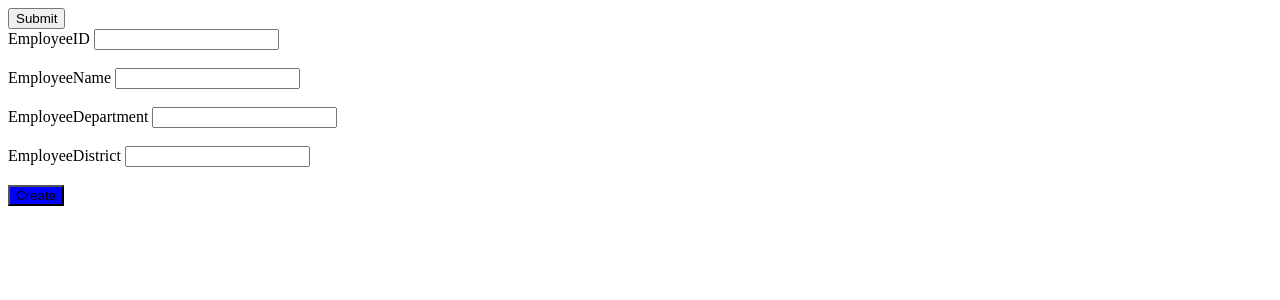
Repository: tamilnila96/Servlet
Page: http://localhost/EmployeeDetails/Employee.jsp
These files come from the project's save history. The page is drawn as it stood at one moment and after the next save; the edit follows.
The browser window is 1280 px wide. The pictures show the whole page.
The page is served by Tomcat 9. Other server files are loaded and not shown.

Above is the page before, as saved 2025-05-12 09:55:00.

### EmployeeDetails/WebContent/Employee.jsp
<%@ page language="java" contentType="text/html; charset=ISO-8859-1"
    pageEncoding="ISO-8859-1"%>
<!DOCTYPE html>
<html>
<head>
<meta charset="ISO-8859-1">
<title>Welcome to EmployeePortal</title>
</head>
<body>
<form action="<%= request.getContextPath() %>/EmployeeSubmission" method="post">
    <!-- form fields -->
    <button type="submit">Submit</button>

<div>
<label>EmployeeID</label>
<input type ="text" id = "EmployeeID" name = "EmployeeID"></br>
</div></br>
<div>
<label>EmployeeName</label>
<input type ="text" id = "EmployeeName" name = "EmployeeName"></br>
</div></br>
<div>
<label>EmployeeDepartment</label>
<input type ="text" id = "EmployeeDepartment" name = "EmployeeDepartment"></br>
</div></br>
<div>
<label>EmployeeDistrict</label>
<input type ="text" id = "EmployeeDistrict" name = "EmployeeDistrict"></br>
</div></br>
<div>
<input type ="submit" value = "Create" style = background-color:blue >
</div>
</form>

</body>
</html>

After the next save:
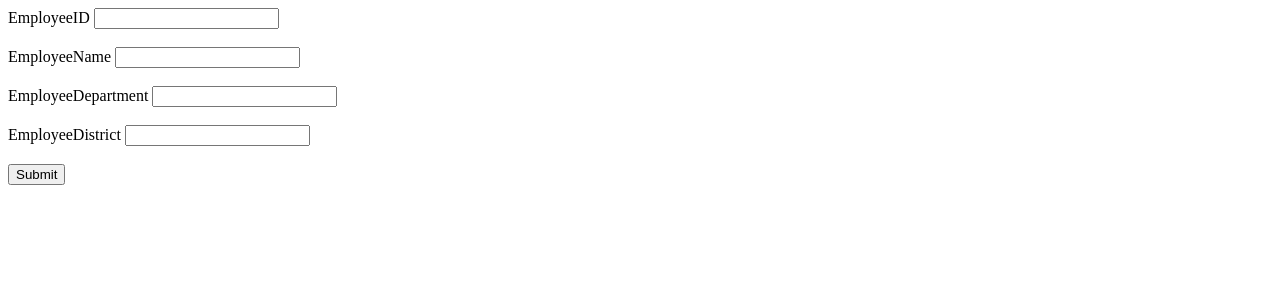
Saved 77 s later.
--- a/EmployeeDetails/WebContent/Employee.jsp
+++ b/EmployeeDetails/WebContent/Employee.jsp
@@ -9,7 +9,7 @@
 <body>
 <form action="<%= request.getContextPath() %>/EmployeeSubmission" method="post">
     <!-- form fields -->
-    <button type="submit">Submit</button>
+
 
 <div>
 <label>EmployeeID</label>
@@ -28,8 +28,9 @@
 <input type ="text" id = "EmployeeDistrict" name = "EmployeeDistrict"></br>
 </div></br>
 <div>
-<input type ="submit" value = "Create" style = background-color:blue >
+   <button type="submit">Submit</button>
 </div>
+
 </form>
 
 </body>
